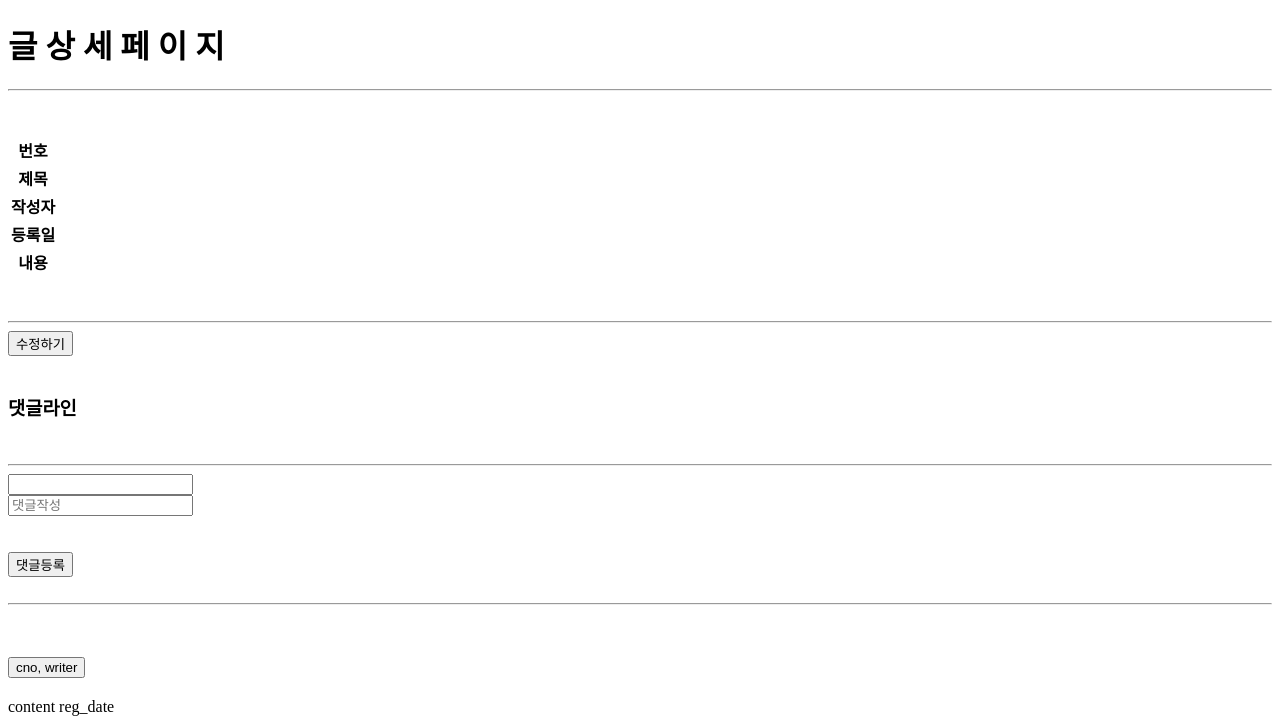
Repository: bbqju13/jsp0602
Page: http://localhost/jsp_project/board/detail.jsp
The author's editor kept a copy of each file at every save. The page is drawn from the files as they stood at one save, then again after the next save.
The browser window is 1280 px wide. The pictures show the whole page.
The page is served by Tomcat 9. Other server files are loaded and not shown. The template is opened directly, without the code that normally fills it, so the values that code supplies are empty.

Above is the page before, as saved 2023-05-19 07:35:22.

### jsp_project2/jsp_project/src/main/webapp/board/detail.jsp
<%@ page language="java" contentType="text/html; charset=UTF-8"
	pageEncoding="UTF-8"%>
<%@ taglib uri="http://java.sun.com/jsp/jstl/core" prefix="c" %>
<!DOCTYPE html>
<html>
<head>
<meta charset="UTF-8">
<title>글상세 페이지</title>
<script
	src="https://cdn.jsdelivr.net/npm/bootstrap@5.2.3/dist/js/bootstrap.bundle.min.js"
	integrity="sha384-kenU1KFdBIe4zVF0s0G1M5b4hcpxyD9F7jL+jjXkk+Q2h455rYXK/7HAuoJl+0I4"
	crossorigin="anonymous"></script>
</head>
<body>
	<h1>글 상 세 페 이 지</h1>
	<hr> <br> <br>
	<table class="table table-striped">
		<tr>
			<th>번호</th>
			<td>${bvo.bno }</td>
		</tr>
		<tr>
			<th>제목</th>
			<td>${bvo.title }</td>
		</tr>
		<tr>
			<th>작성자</th>
			<td>${bvo.writer }</td>
		</tr>
		<tr>
			<th>등록일</th>
			<td>${bvo.reg_date }</td>
		</tr>
		<tr>
			<th>내용</th>
			<td>${bvo.content }</td>
		</tr>
	</table>

	<br>
	<br>
	<hr>
	<a href="/brd/modify?bno=${bvo.bno }">
		<button type="button">수정하기</button>
	</a>

	<br>
	<br>

	<div>
		<h3>댓글라인</h3> <br> <hr>
		<!-- 댓글작성 라인 -->
			<input type="text" id="cmtWriter" value="${ses.id }" readonly="readonly">
			<br>
			<input type="text" id="cmtText" placeholder="댓글작성">
			<br> <br> <br>
			<button type="button" id="cmtAddBtn">댓글등록</button>
	</div>
			<br> <hr> <br>
	<div>
		<!-- 댓글표시 라인 -->
		<div class="accordion" id="accordionExample">
  <div class="accordion-item">
    <h2 class="accordion-header" id="heading1">
      <button class="accordion-button" type="button" data-bs-toggle="collapse" data-bs-target="#collapse1" aria-expanded="true" aria-controls="collapse1">
       	cno, writer
      </button>
    </h2>
    <div id="collapse1" class="accordion-collapse collapse show" aria-labelledby="heading1" data-bs-parent="#accordionExample">
      <div class="accordion-body">
        content reg_date
      </div>
    </div>
  </div>
</div>
	</div>

	<script type="text/javascript">
		const bnoVal = `<c:out value = "${bvo.bno}" />`;
	</script>
	<script src="/resource/comment.js"></script>

</body>
</html>

Loaded but not shown: jsp_project2/jsp_project/src/main/webapp/resource/comment.js (no copy from this time; the picture is the same without it)

After the next save:
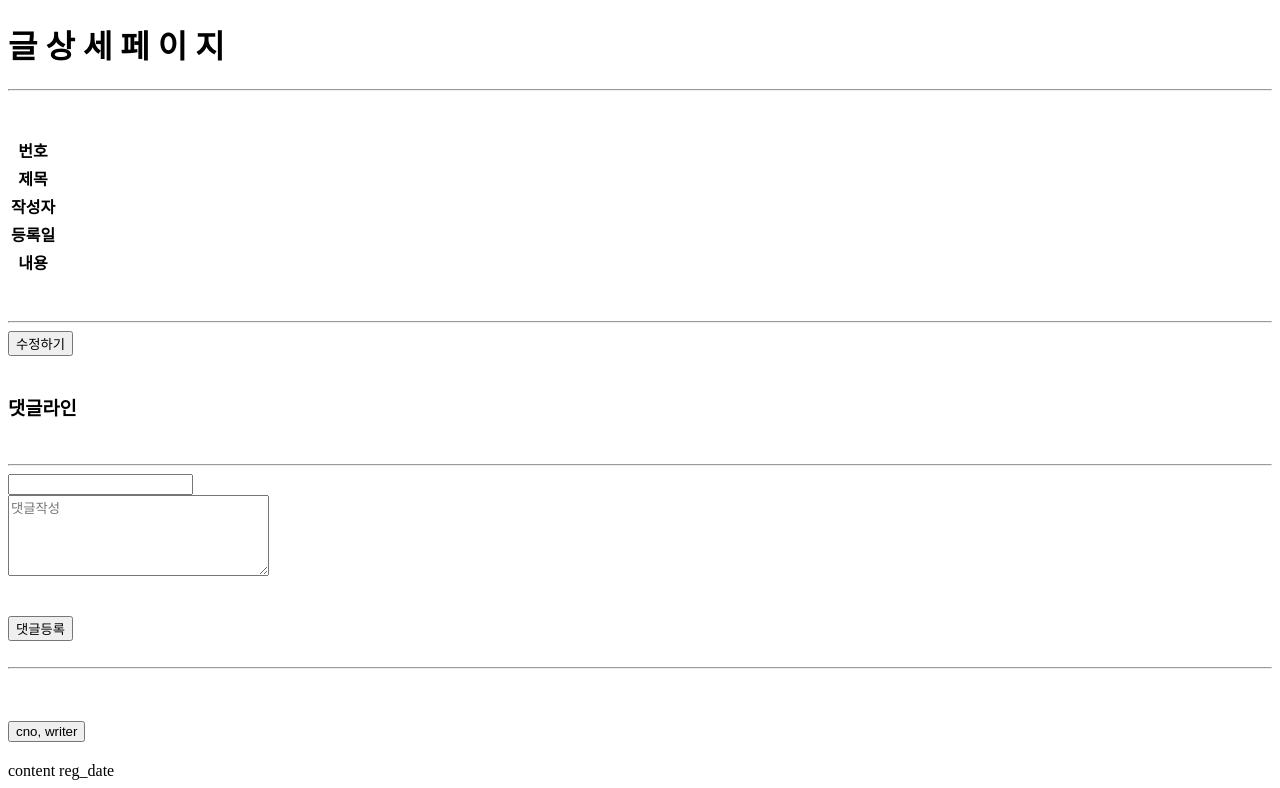
Saved 93 s later.
--- a/jsp_project2/jsp_project/src/main/webapp/board/detail.jsp
+++ b/jsp_project2/jsp_project/src/main/webapp/board/detail.jsp
@@ -52,7 +52,7 @@
 		<!-- 댓글작성 라인 -->
 			<input type="text" id="cmtWriter" value="${ses.id }" readonly="readonly">
 			<br>
-			<input type="text" id="cmtText" placeholder="댓글작성">
+			<textarea rows="5" cols="30" id="cmtText" placeholder="댓글작성"></textarea>
 			<br> <br> <br>
 			<button type="button" id="cmtAddBtn">댓글등록</button>
 	</div>
